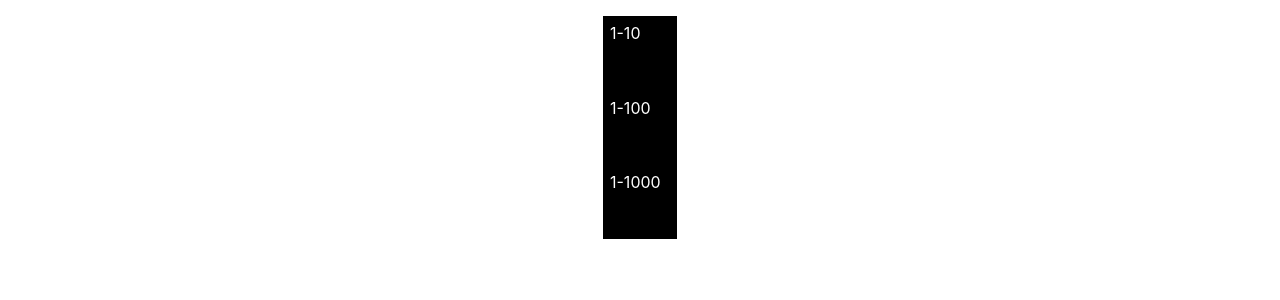
Repository: michalgornicki/number-generator
Page: /
An editor plug-in stored every save of this project. The page is shown before and after a run of saves, followed by the edit.
The browser window is 1280 px wide. The pictures show the whole page.
The project was rebuilt for these pictures with package versions that can differ from the ones it lists, and the page was loaded fresh each time.

Above is the page before, as saved 2021-12-03 13:35:51.

### src/App.jsx
import React, { useState } from "react";
import "./App.css";

function App() {
  const [state, setState] = useState([]);

  return (
    <p>
      <div
        className="button"
        onClick={() => setState([...state, Math.floor(Math.random() * 10)])}
      >1-10</div>
      <div
        className="button"
        onClick={() => setState([...state, Math.floor(Math.random() * 100)])}
      >1-100</div>
      <div
        className="button"
        onClick={() => setState([...state, Math.floor(Math.random() * 1000)])}
      >1-1000</div>
      <div className="map">
        {state.map((item) => {
          return <div className="map-item">{item}</div>;
        })}
      </div>
    </p>
  );
}

export default App;

### src/App.css
.button{
    display: block;
    margin:auto;
    width: 60px;
    height: 60px;
    background-color: black;
    color: white;
    padding: 1vmin;
}

.map{
    display: flex;
    flex-wrap: wrap;
    margin: auto;
    text-align: center;
    width: fit-content;
    width: 80%;
}

.map-item{
    padding: 2vmin;
    font-size: 5vmin;
}

Loaded but not shown: public/index.html (common file); src/index.js (common file); src/index.css (common file); src/reportWebVitals.js (common file)

After the next 2 saves:
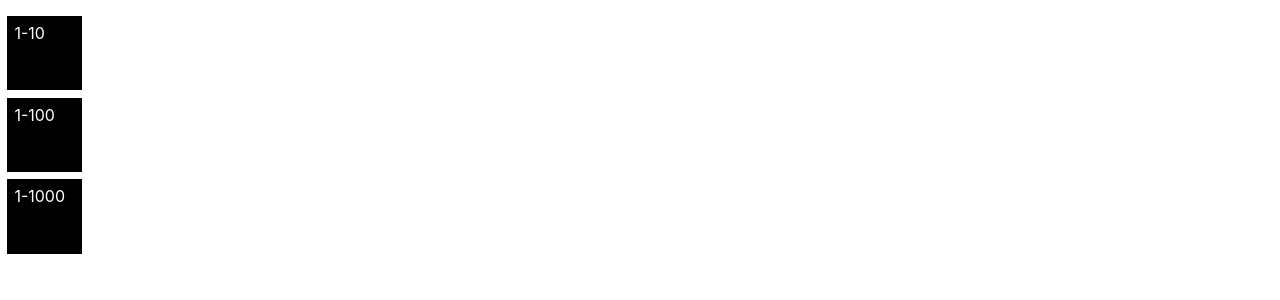
The 2 saves are shown as one change because they came seconds apart.
The last was saved 7 s later.
--- a/src/App.css
+++ b/src/App.css
@@ -6,6 +6,7 @@
     background-color: black;
     color: white;
     padding: 1vmin;
+    margin: 1vmin;
 }
 
 .map{
